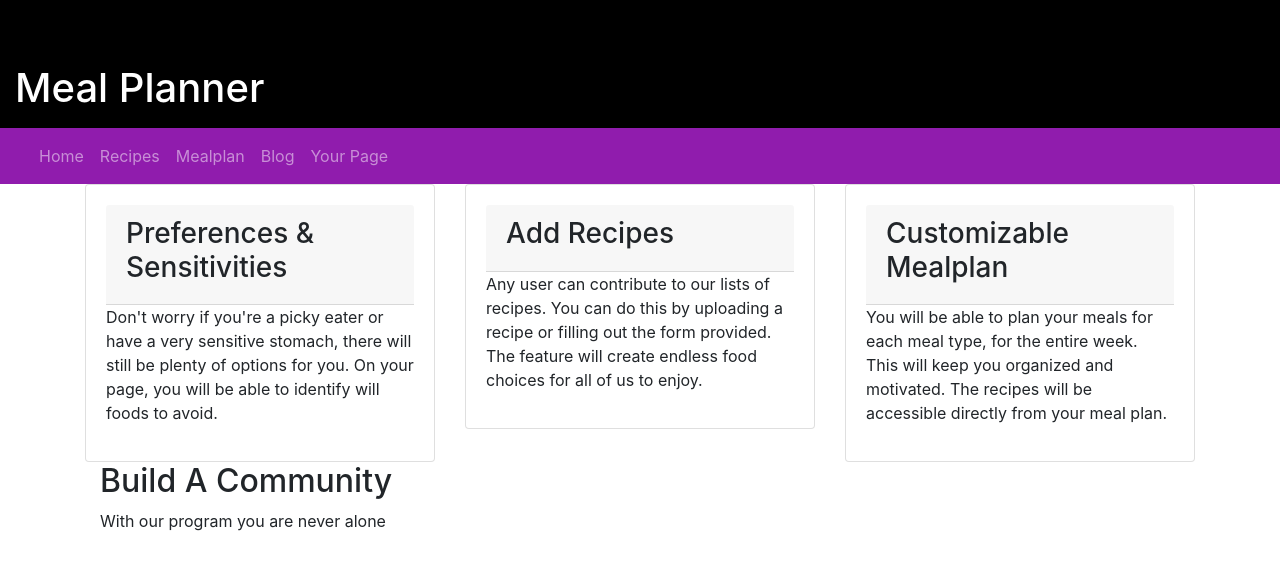
Repository: madisonisfan/mealplanner-react
Page: /home
These files come from the project's save history. The page is drawn as it stood at one moment and after the next save; the edit follows.
The browser window is 1280 px wide. The pictures show the whole page.
The project was rebuilt for these pictures with package versions that can differ from the ones it lists, and the page was loaded fresh each time.

Above is the page before, as saved 2021-04-18 13:49:29.

After the next save:
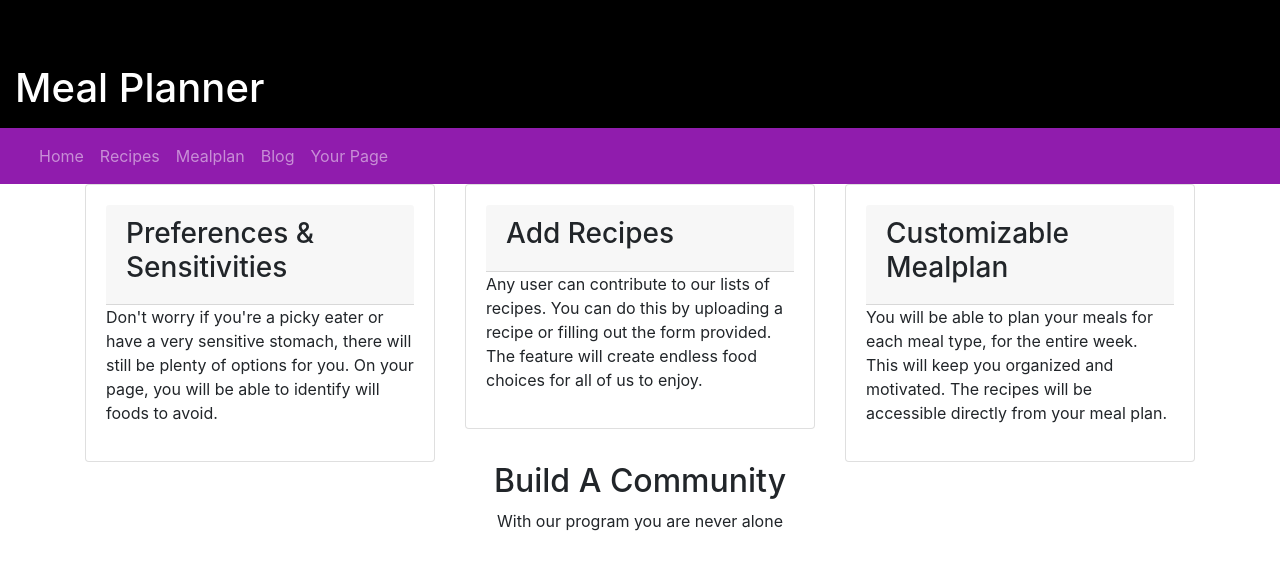
Saved 14 s later.
--- a/src/components/HomeComponent.js
+++ b/src/components/HomeComponent.js
@@ -55,7 +55,7 @@ function Home(props) {
           </Card>
         </div>
       </div>
-      <div className="col-12">
+      <div className="col-12 text-center">
         <h2>Build A Community</h2>
         <p>With our program you are never alone</p>
       </div>
